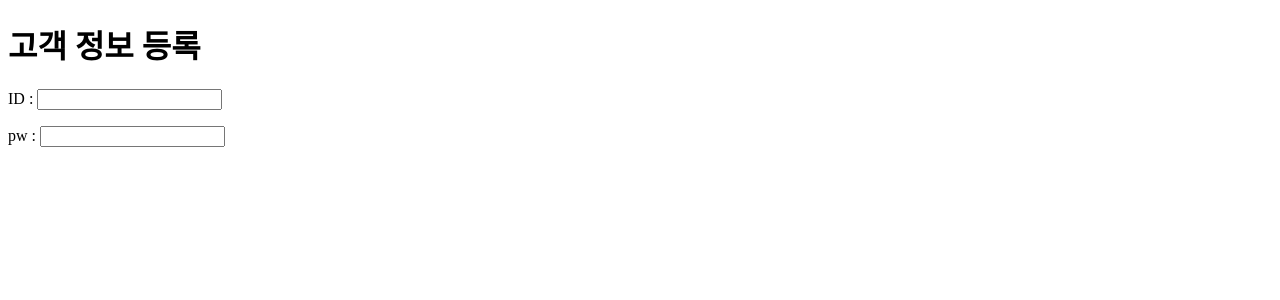
Repository: yjh052216/modapea
Page: http://localhost/customerTest-001/CustomerInsert.jsp
An editor plug-in stored every save of this project. The page is shown before and after the next save, followed by the edit.
The browser window is 1280 px wide. The pictures show the whole page.
The page is served by Tomcat 9.

Above is the page before, as saved 2019-11-27 12:10:24.

After the next save:
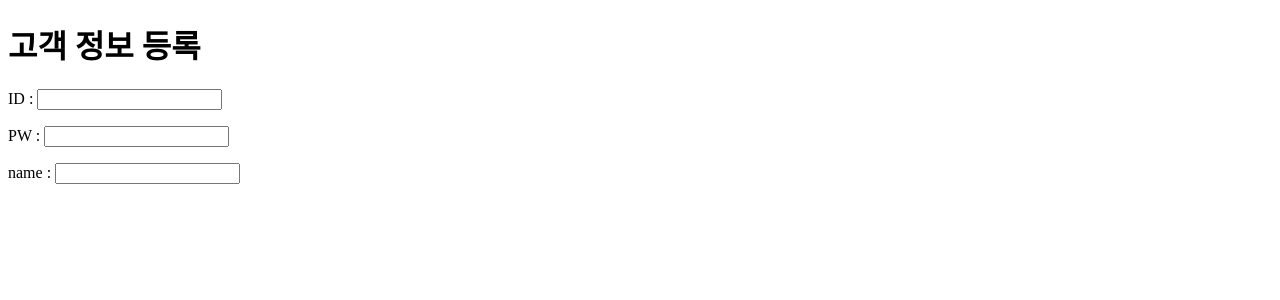
Saved 19 s later.
--- a/customerTest-001/src/main/webapp/CustomerInsert.jsp
+++ b/customerTest-001/src/main/webapp/CustomerInsert.jsp
@@ -12,7 +12,8 @@
 <form action="insertCustomer.do" method="post">
 
 ID : <input type="text" name="id"><p>
-pw : <input type="password" name="pw"><p>
+PW : <input type="password" name="pw"><p>
+name : <input type="text" name="name">
 
 
 </form>
